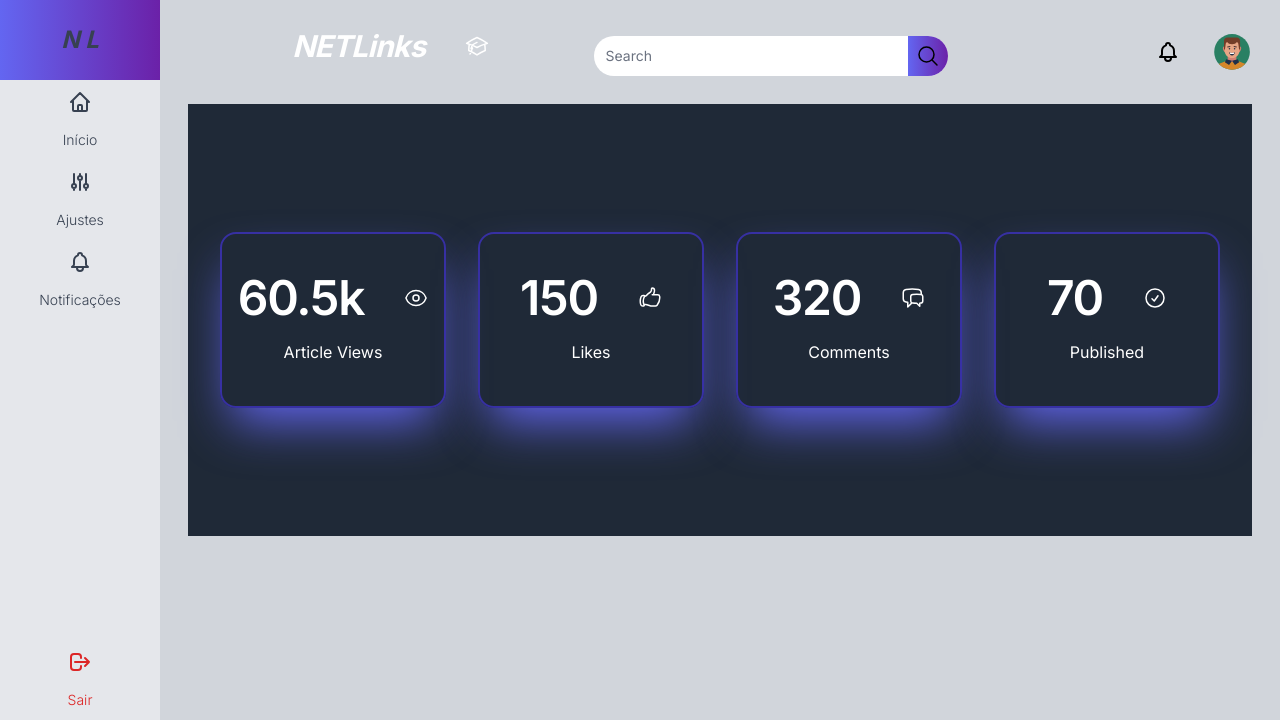
Repository: KennedyWanderson/AdminDashboard
Page: / (app in Code/admindashboard/)
The author's editor kept a copy of each file at every save. The page is drawn from the files as they stood at one save, then again after the next save.
The browser window is 1280 px wide. The pictures show the whole page.
The project was rebuilt for these pictures with package versions that can differ from the ones it lists, and the page was loaded fresh each time. The framework's server and built-in components were replaced by stand-ins that run in the browser. Also part of the build but not shown: Code/admindashboard/next.config.mjs.

Above is the page before, as saved 2024-06-24 20:34:42.

After the next save:
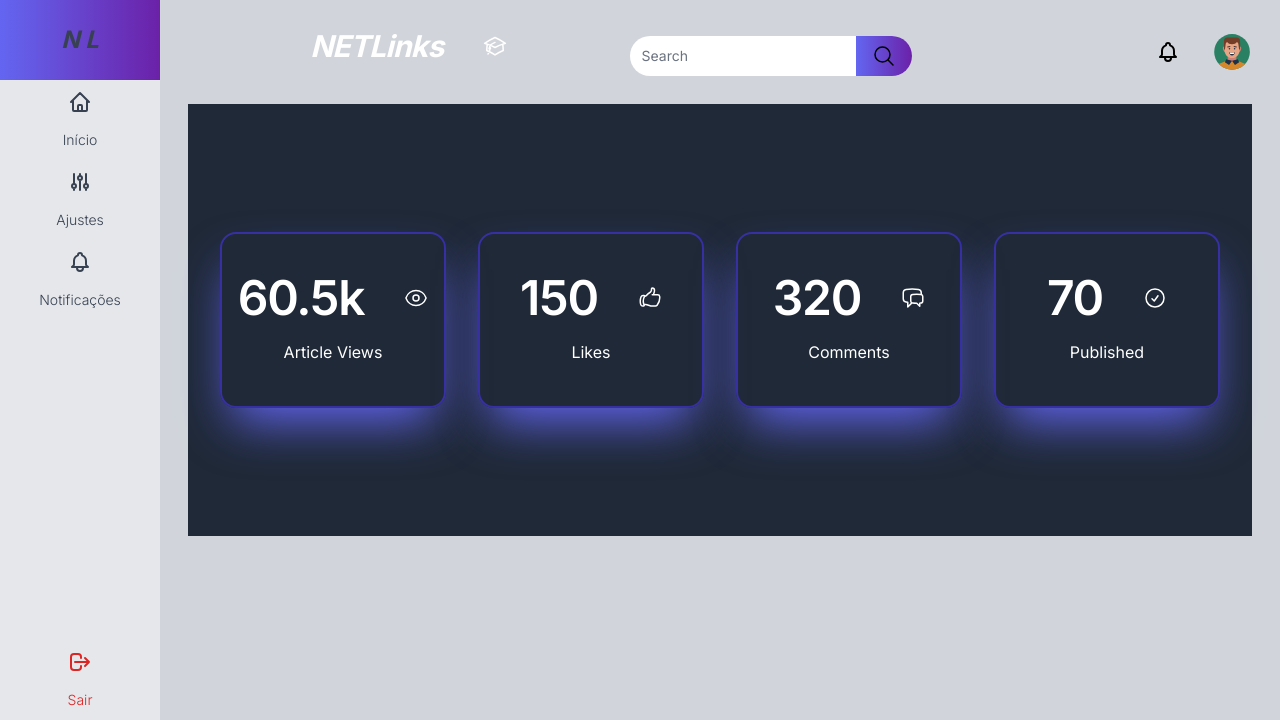
Saved 82 s later.
--- a/Code/admindashboard/src/components/Header.jsx
+++ b/Code/admindashboard/src/components/Header.jsx
@@ -28,22 +28,22 @@ export default function Header({ titulo, subtitulo }) {
                 </nav>
             </header>
 
-            <div className="relative mt-2">
-                <div className="absolute inset-y-0 left-0 flex items-center pl-3">
-                    <span className="text-gray-500 sm:text-sm">Search</span>
-                </div>
-                <input
-                    type="text"
-                    name="search"
-                    id="search"
-                    className="w-full rounded-full py-2 pl-20 pr-10"
-                />
-                <div className="absolute inset-y-0 right-0 flex items-center">
-                    <div className="rounded-r-full bg-gradient-to-r from-indigo-500 to-purple-800 p-2 cursor-pointer">
+                <div className="relative mt-2 ">
+                    <div className=" absolute inset-y-0 left-0 flex items-center pl-3">
+                        <span className="text-gray-500 sm:text-sm">Search </span>
+                    </div>
+                    <input
+                        type="text"
+                        name="search"
+                        id="search"
+                        className="w-full rounded-full py-2 px-6"
+                    >
+
+                    </input>
+                    <div className="absolute inset-y-0 px-4 right-0 flex items-center rounded-r-full bg-gradient-to-r from-indigo-500 to-purple-800 cursor-pointer">
                         {IconeSearch}
                     </div>
                 </div>
-            </div>
 
 
             <div className={`flex flex-grow justify-end items-center gap-8`}>
